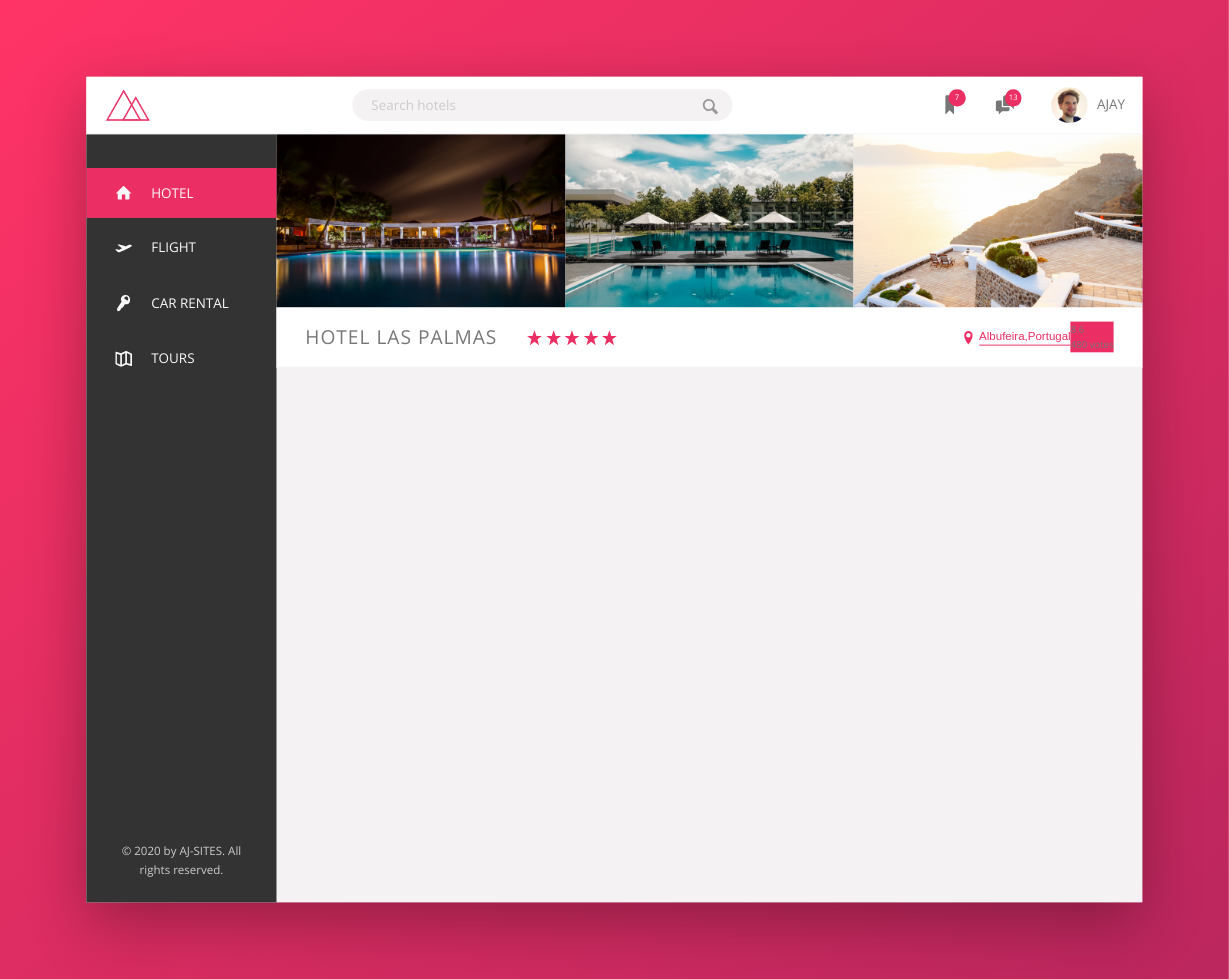
Repository: ajayaj2001/modern-Hotel
Page: /
The author's editor kept a copy of each file at every save. The page is drawn from the files as they stood at one save, then again after the next save.
The browser window is 1280 px wide. The pictures show the whole page, at 96% of full size.
The project was rebuilt for these pictures with package versions that can differ from the ones it lists, and the page was loaded fresh each time.

Above is the page before, as saved 2020-12-13 21:33:10.

### public/index.html
<!DOCTYPE html>
<html lang="en">

<head>
  <meta charset="utf-8" />
  <link rel="icon" href="%PUBLIC_URL%/favicon.ico" />
  <meta name="viewport" content="width=device-width, initial-scale=1" />
  <meta name="theme-color" content="#000000" />
  <meta name="description" content="Web site created using create-react-app" />
  <link rel="apple-touch-icon" href="%PUBLIC_URL%/logo192.png" />
  <link rel="preconnect" href="https://fonts.gstatic.com">
  <link href="https://fonts.googleapis.com/css2?family=Open+Sans:wght@300;400;600&display=swap" rel="stylesheet">
  <!--
      manifest.json provides metadata used when your web app is installed on a
      user's mobile device or desktop. See https://developers.google.com/web/fundamentals/web-app-manifest/
    -->
  <link rel="manifest" href="%PUBLIC_URL%/manifest.json" />
  <!--
      Notice the use of %PUBLIC_URL% in the tags above.
      It will be replaced with the URL of the `public` folder during the build.
      Only files inside the `public` folder can be referenced from the HTML.

      Unlike "/favicon.ico" or "favicon.ico", "%PUBLIC_URL%/favicon.ico" will
      work correctly both with client-side routing and a non-root public URL.
      Learn how to configure a non-root public URL by running `npm run build`.
    -->
  <title>React App</title>
</head>

<body>
  <noscript>You need to enable JavaScript to run this app.</noscript>
  <div id="root"></div>
  <!--
      This HTML file is a template.
      If you open it directly in the browser, you will see an empty page.

      You can add webfonts, meta tags, or analytics to this file.
      The build step will place the bundled scripts into the <body> tag.

      To begin the development, run `npm start` or `yarn start`.
      To create a production bundle, use `npm run build` or `yarn build`.
    -->
</body>

</html>

### src/index.js
import React from 'react';
import ReactDOM from 'react-dom';
import './index.scss';
import App from '../src/app/App';

ReactDOM.render(
  <React.StrictMode>
    <App />
  </React.StrictMode>,
  document.getElementById('root')
);

### src/index.scss
@import "../src/scss/reuse.scss";
* {
  margin: 0;
  padding: 0;
}
:root {
  --color-primary: #eb2f64;
  --color-primary-light: #ff3366;
  --color-primary-dark: #ba265d;

  --color-gray-light-1: #faf9f9;
  --color-gray-light-2: #f4f2f2;
  --color-gray-light-3: #f0eeee;
  --color-gray-light-4: #ccc;

  --color-gray-dark-1: #333;
  --color-gray-dark-2: #777;
  --color-gray-dark-3: #999;
}
*,
*::before,
*::after {
  box-sizing: inherit;
}
html {
  box-sizing: border-box;
  font-size: 62.5%; //1rem=10px 10px/16px=62.5%
}
body {
  font-family: "Open Sans", sans-serif;
  -webkit-font-smoothing: antialiased;
  -moz-osx-font-smoothing: grayscale;
  font-family: "Open Sans", sans-serif;
  font-weight: 400;
  line-height: 1.6;
  background-image: linear-gradient(to right bottom, var(--color-primary-light), var(--color-primary-dark));
  background-size: cover;
  background-repeat: no-repeat;
  min-height: 100vh;
  color: var(--color-gray-dark-2);
}

### src/app/App.js
import React from 'react';
import Header from '../header/Header';
import Navigation from '../navigation/Navigation'
import Hotelview from '../hotel-view/Hotelview'
import './App.scss';
function App() {
  return (
    <div className="container">
      <Header />
      <div className="content">
        <Navigation />
        <Hotelview />
      </div>
    </div>
  );
}

export default App;

### src/scss/reuse.scss
// variables

// $primary: #eb2f64;
// $primary-light: #ff3366;
// $primary-dark: #ba265d;

// $gray-light-1: #faf9f9;
// $gray-light-2: #f4f2f2;
// $gray-light-3: #f0eeee;

// $gray-dark-1: #333;
// $gray-dark-2: #777;
// $gray-dark-3: #999;

### src/header/Header.js
import React from 'react'
import './Header.scss';
import logo from '../img/logo.png';
import user from '../img/user.jpg';
import svg from '../img/sprite.svg'
const Header = () => {
    return (
        <div className="header">
            <img src={logo} alt="logo" className="logo" />

            <form action="#" className="search">
                <input type="text" className="search__input" placeholder="Search hotels" />
                <button className="search__button">
                    <svg className="search__icon">
                        <use xlinkHref={`${svg}#icon-magnifying-glass`}></use>
                    </svg>
                </button>
            </form>
            <nav className="user-nav">
                <div className="user-nav__icon-box">
                    <svg className="user-nav__icon">
                        <use xlinkHref={`${svg}#icon-bookmark`}></use>
                    </svg>
                    <span className="user-nav__notification">7</span>
                </div>
                <div className="user-nav__icon-box">
                    <svg className="user-nav__icon">
                        <use xlinkHref={`${svg}#icon-chat`}></use>
                    </svg>
                    <span className="user-nav__notification">13</span>
                </div>
                <div className="user-nav__user">
                    <img src={user} alt="user-profile" className="user-nav__user-photo" />
                    <span className="user-nav__user-name">AJAY</span>
                </div>
            </nav>
        </div>
    )
}

export default Header

### src/navigation/Navigation.js
import React from 'react'
import './Navigation.scss'
import svg from '../img/sprite.svg'
const Navigation = () => {
    return (
        <React.Fragment>
            <nav className="sidebar">
                <ul className="side-nav">
                    <li className="side-nav__item side-nav__item--active">
                        <a href="#home" className="side-nav__link">
                            <svg className="side-nav__icon">
                                <use xlinkHref={`${svg}#icon-home`}></use>
                            </svg>
                            <span className="side-nav__text">hotel</span>
                        </a>
                    </li>
                    <li className="side-nav__item">
                        <a href="#flight" className="side-nav__link">
                            <svg className="side-nav__icon">
                                <use xlinkHref={`${svg}#icon-aircraft-take-off`}></use>
                            </svg>
                            <span className="side-nav__text">flight</span>
                        </a>
                    </li>
                    <li className="side-nav__item">
                        <a href="#car-rental" className="side-nav__link">
                            <svg className="side-nav__icon">
                                <use xlinkHref={`${svg}#icon-key`}></use>
                            </svg>
                            <span className="side-nav__text">car rental</span>
                        </a>
                    </li>
                    <li className="side-nav__item">
                        <a href="#tours" className="side-nav__link">
                            <svg className="side-nav__icon">
                                <use xlinkHref={`${svg}#icon-map`}></use>
                            </svg>
                            <span className="side-nav__text">tours</span>
                        </a>
                    </li>
                </ul>
                <div className="legal">
                    &copy; 2020 by AJ-SITES. All rights reserved.
                </div>
            </nav>
        </React.Fragment>
    )
}

export default Navigation

### src/hotel-view/Hotelview.js
import React from 'react'
import './Hotelview.scss'
import Overview from './overview/Overview'
const Hotelview = () => {
    return (
        <React.Fragment>
            <main className="hotelview">
                <Overview />
            </main>
        </React.Fragment>
    )
}

export default Hotelview

### src/app/App.scss
.container {
    max-width: 110rem;
    margin: 8rem auto;
    background-color: var(--color-gray-light-2);
    box-shadow: 0 2rem 6rem rgba(black, 0.3);
    min-height: 50rem;
}
.content {
    display: flex;
}

### src/header/Header.scss
.header {
    height: 6rem;
    background-color: #fff;
    border-bottom: 1px solid var(--color-gray-light-2);
    display: flex;
    justify-content: space-between;
    align-items: center;
}
.logo {
    height: 3.25rem;
    margin-left: 2rem;
}
.search {
    display: flex;
    flex: 0 0 40%;
    align-items: center;
    justify-content: center;

    &__input {
        font-family: inherit;
        font-size: 1.4rem;
        color: inherit;
        background-color: var(--color-gray-light-2);
        border: none;
        padding: 0.7rem 2rem;
        border-radius: 10rem;
        width: 90%;
        transition: all 0.3s;
        margin-right: -3.25rem;
        &:focus {
            outline: none;
            width: 100%;
            background-color: var(--color-gray-light-3);
        }
        &::-webkit-input-placeholder {
            font-weight: 100;
            color: var(--color-gray-light-4);
        }
    }
    &__input:focus + &__button {
        background-color: var(--color-gray-light-3);
    }
    &__button {
        height: 2.8rem;
        border: none;
        background-color: var(--color-gray-light-2);
        &:focus {
            outline: none;
        }
        &:active {
            transform: translateY(2px);
        }
    }
    &__icon {
        height: 3rem;
        width: 2rem;
        fill: var(--color-gray-dark-3);
    }
}

.user-nav {
    align-self: stretch;
    display: flex;
    align-items: center;
    cursor: pointer;
    & > * {
        height: 100%;
        padding: 0 1.8rem;
        display: flex;
        align-items: center;
    }
    & > *:hover {
        background-color: var(--color-gray-light-2);
    }
    &__icon-box {
        position: relative;
    }
    &__icon {
        height: 2.25rem;
        width: 2.25rem;
        fill: var(--color-gray-dark-2);
    }
    &__notification {
        font-size: 0.8rem;
        height: 1.75rem;
        width: 1.75rem;
        border-radius: 50%;
        background-color: var(--color-primary);
        color: #fff;
        position: absolute;
        top: 1.3rem;
        right: 1.3rem;
        display: flex;
        justify-content: center;
        align-items: center;
    }
    &__user-photo {
        height: 3.75rem;
        border-radius: 50%;
        margin-right: 1rem;
    }
    &__user-name {
        font-size: 1.4rem;
    }
}

### src/navigation/Navigation.scss
.sidebar {
    background-color: var(--color-gray-dark-1);
    flex: 0 0 18%;
    display: flex;
    flex-direction: column;
    justify-content: space-between;
}
.side-nav {
    font-size: 1.4rem;
    list-style: none;
    margin-top: 3.5rem;
    &__item {
        position: relative;
        &:not(:last-child) {
            margin-bottom: 0.5rem;
        }
    }
    &__item::before {
        content: "";
        position: absolute;
        top: 0;
        left: 0;
        height: 100%;
        width: 3px;
        background-color: var(--color-primary);
        transform: scaleY(0);
        transition: transform 0.2s, width 0.4s cubic-bezier(1, 0, 0, 1) 0.2s, background-color 0.1s;
    }
    &__item:hover::before,
    &__item--active::before {
        transform: scaleY(1);
        width: 100%;
    }
    &__item:active::before {
        background-color: var(--color-primary-light);
    }
    &__link:link,
    &__link:visited {
        position: relative;
        color: var(--color-gray-light-1);
        text-decoration: none;
        text-transform: uppercase;
        display: block;
        padding: 1.5rem 3rem;
        display: flex;
        align-items: center;
        z-index: 20;
    }
    &__icon {
        width: 1.75rem;
        height: 1.75rem;
        fill: currentColor;
        margin-right: 2rem;
    }
}
.legal {
    font-size: 1.2rem;
    text-align: center;
    padding: 2.5rem;
    color: var(--color-gray-light-4);
}

### src/hotel-view/Hotelview.scss
.hotelview {
    flex: 1;
    height: 80rem;
}

### src/hotel-view/overview/Overview.js
import React from 'react'
import './Overview.scss'
import hotel1 from '../../img/hotel-1.jpg'
import hotel2 from '../../img/hotel-2.jpg'
import hotel3 from '../../img/hotel-3.jpg'
import svg from '../../img/sprite.svg'
const Overview = () => {
    return (
        <React.Fragment>
            <div className="gallery">
                <figure className="gallery__item">
                    <img src={hotel1} alt="hotel building" className="gallery__photo" />
                </figure>
                <figure className="gallery__item">
                    <img src={hotel2} alt="hotel building" className="gallery__photo" />
                </figure>
                <figure className="gallery__item">
                    <img src={hotel3} alt="hotel building" className="gallery__photo" />
                </figure>
            </div>
            <div className="overview">
                <h1 className="overview__heading">
                    HOTEL LAS PALMAS
                </h1>
                <div className="overview__stars">
                    <svg className="overview__icon-star">
                        <use xlinkHref={`${svg}#icon-star`}></use>
                    </svg>
                    <svg className="overview__icon-star">
                        <use xlinkHref={`${svg}#icon-star`}></use>
                    </svg>
                    <svg className="overview__icon-star">
                        <use xlinkHref={`${svg}#icon-star`}></use>
                    </svg>
                    <svg className="overview__icon-star">
                        <use xlinkHref={`${svg}#icon-star`}></use>
                    </svg>
                    <svg className="overview__icon-star">
                        <use xlinkHref={`${svg}#icon-star`}></use>
                    </svg>
                </div>
                <div className="overview__location">
                    <svg className="overview__icon-location">
                        <use xlinkHref={`${svg}#icon-location-pin`}></use>
                    </svg>
                    <button className="btn-inline">Albufeira,Portugal</button>
                </div>
                <div className="overview__rating">
                    <div className="overview__rating-average">8.6</div>
                    <div className="overview__rating-count">480 votes</div>
                </div>
            </div>
        </React.Fragment>
    )
}

export default Overview

### src/hotel-view/overview/Overview.scss
.gallery {
    display: flex;
    &__photo {
        width: 100%;
        display: block;
    }
}

.overview {
    background-color: white;
    display: flex;
    align-items: center;
    border-bottom: 1px solid var(--color-gray-light-2);
    &__heading {
        font-size: 2rem;
        font-weight: 300;
        text-transform: uppercase;
        letter-spacing: 1px;
        padding: 1.5rem 3rem;
    }
    &__stars {
        margin-right: auto;
        display: flex;
    }
    &__icon-star,
    &__icon-location {
        width: 1.75rem;
        height: 1.75rem;
        fill: var(--color-primary);
        margin-right: 0.2rem;
    }
    &__location {
        font-size: 1.2rem;
        display: flex;
        align-items: center;
    }
    &__rating {
        background-color: var(--color-primary);
        color: var();
        margin-right: 3rem;
        &-average {
        }
        &-count {
        }
    }
}

.btn-inline {
    border: none;
    color: var(--color-primary);
    font-size: inherit;
    border-bottom: 1px solid currentColor;
    padding-bottom: 2px;
    display: inline-block;
    background-color: transparent;
    cursor: pointer;
    transition: all 0.2s;
    &:hover {
        color: var(--color-gray-dark-1);
    }

    &:focus {
        outline: none;
        animation: pulsate 1s infinite;
    }
}

@keyframes pulsate {
    0% {
        transform: scale(1);
        box-shadow: none;
    }
    50% {
        transform: scale(1.05);
        box-shadow: 0 1rem 1rem rgba(0, 0, 0, 0.25);
    }
    100% {
        transform: scale(1);
        box-shadow: none;
    }
}

After the next save:
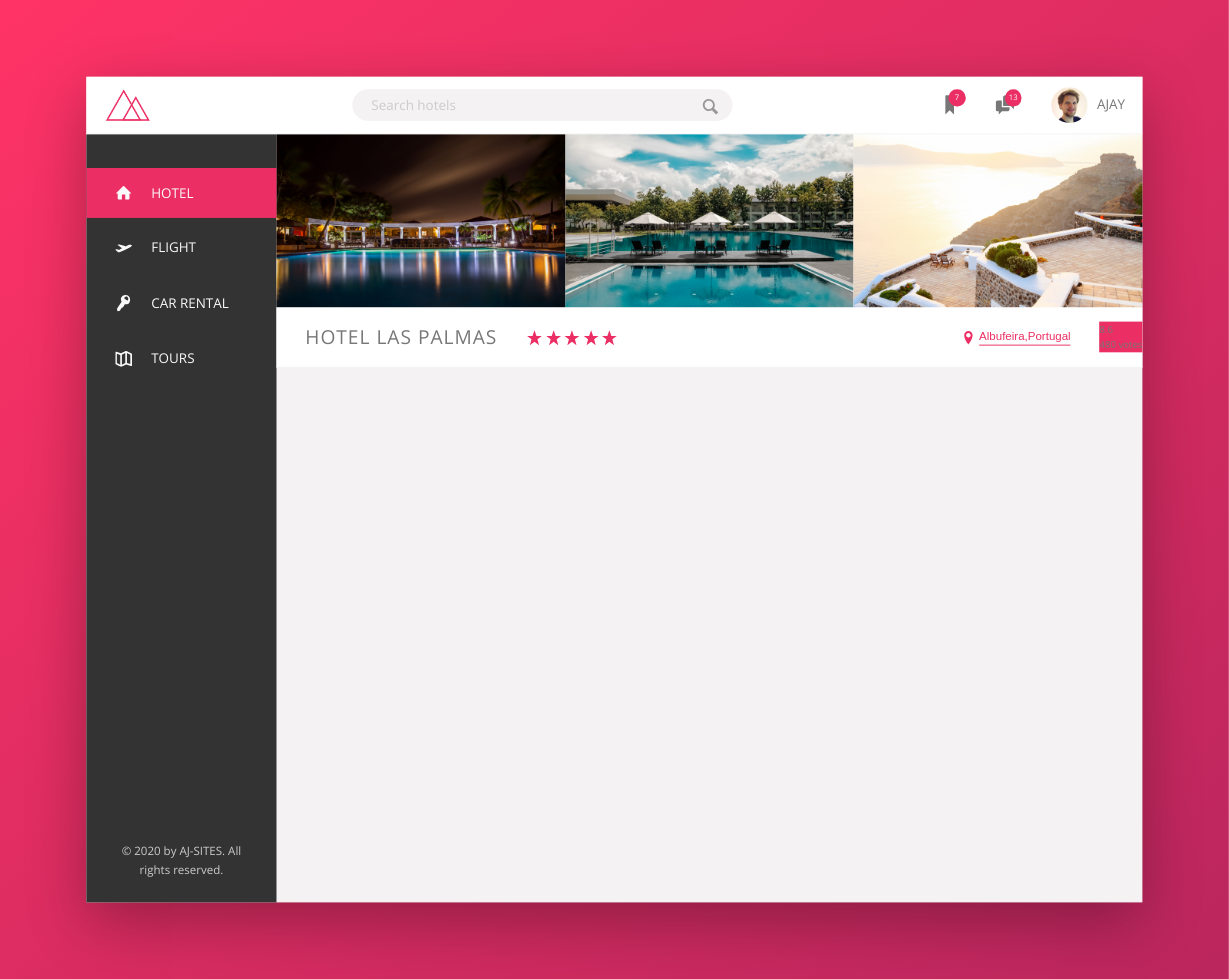
Saved 31 s later.
--- a/src/hotel-view/overview/Overview.scss
+++ b/src/hotel-view/overview/Overview.scss
@@ -37,7 +37,7 @@
     &__rating {
         background-color: var(--color-primary);
         color: var();
-        margin-right: 3rem;
+        margin-left: 3rem;
         &-average {
         }
         &-count {
